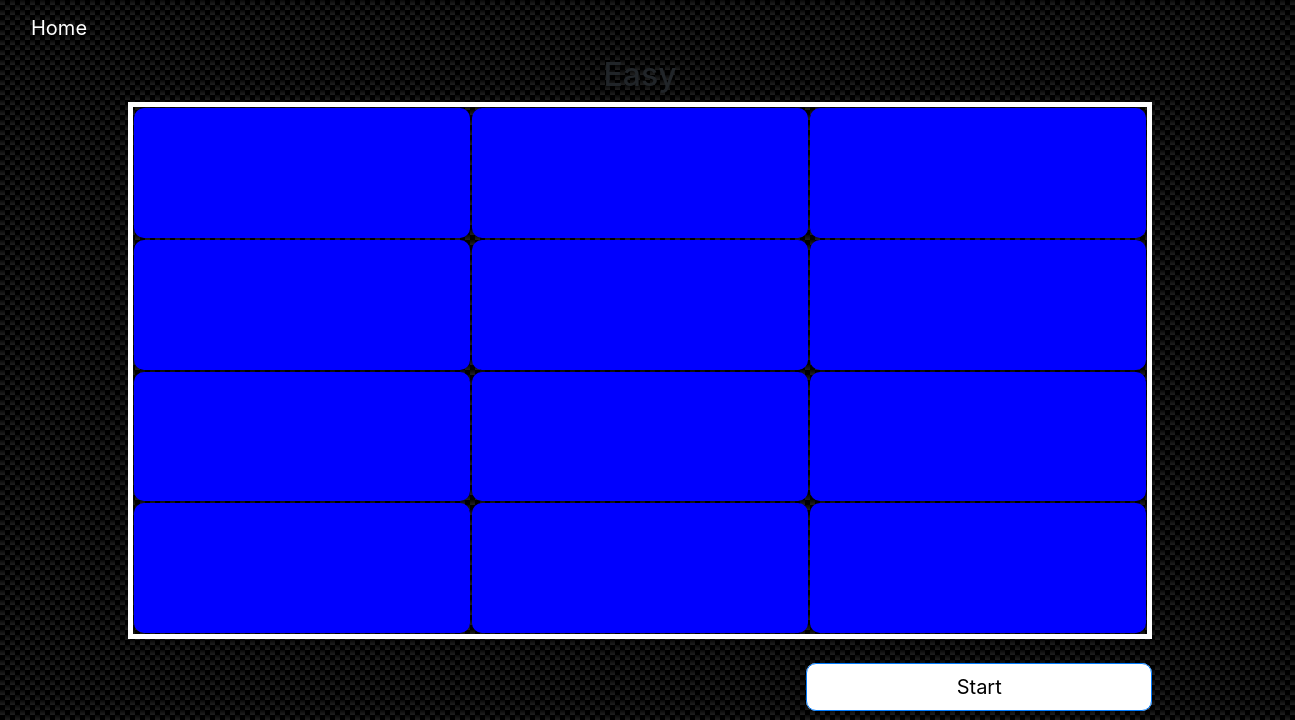
Repository: chrisrees85/memory-block
Page: easy.html
The author's editor kept a record of every edit. The page is drawn from the files as they stood at one moment, then again after the next edit.
The browser window is 1280 px wide. The page is 1295 px wide, so the pictures cover 1295 px, including what lies to the right of the window. The pictures show the whole page.

Above is the page before.

### easy.html
<!DOCTYPE html>
<html lang="en">

<head>
    <meta charset="UTF-8">
    <meta name="viewport" content="width=device-width, initial-scale=1.0">
    <meta http-equiv="X-UA-Compatible" content="ie=edge">
    <title>Memory Block</title>
    <link rel="stylesheet" href="https://stackpath.bootstrapcdn.com/bootstrap/4.3.1/css/bootstrap.min.css" integrity="sha384-ggOyR0iXCbMQv3Xipma34MD+dH/1fQ784/j6cY/iJTQUOhcWr7x9JvoRxT2MZw1T" crossorigin="anonymous">
    <link rel="stylesheet" href="assets/css/style.css" type="text/css" />
</head>

<body>
    <div class="container-fluid">
        <nav class="navbar navbar-dark bg-dark">
                        <a class="navbar-brand" href="index.html">Home</a>
        </nav>
    </div>
    <div class="row">
        <div class="col">
            <h2 class="center">Easy</h2>
        </div>
    </div>
    <div class="container board">
        <div class="row">
            <div class="col tiles blue"></div>
            <div class="col tiles blue"></div>
            <div class="col tiles blue"></div>
        </div>
        <div class="row">
            <div class="col tiles blue"></div>
            <div class="col tiles blue"></div>
            <div class="col tiles blue"></div>
        </div>
        <div class="row">
            <div class="col tiles blue"></div>
            <div class="col tiles blue"></div>
            <div class="col tiles blue"></div>
        </div>
        <div class="row">
            <div class="col tiles blue"></div>
            <div class="col tiles blue"></div>
            <div class="col tiles blue"></div>
        </div>
    </div>
    </br>
    <div class="row btn-right">

        <div id="btn"></div>

    </div>
    </div>

    <div class="modal fade" id="exampleModal" tabindex="-1" role="dialog" aria-labelledby="exampleModalLabel" aria-hidden="true">
        <div class="modal-dialog" role="document">
            <div class="modal-content">
                <div class="modal-header">
                    <h5 class="modal-title" id="modal-head"></h5>
                </div>
                <div class="modal-body" id='modal-text'>
                </div>
                <div class="modal-footer">
                    <div id="modal-btn1"></div>
                    <div id="modal-btn2"></div>
                </div>
            </div>
        </div>


        <script src="https://code.jquery.com/jquery-3.3.1.slim.min.js" integrity="sha384-q8i/X+965DzO0rT7abK41JStQIAqVgRVzpbzo5smXKp4YfRvH+8abtTE1Pi6jizo" crossorigin="anonymous"></script>
        <script src="https://cdnjs.cloudflare.com/ajax/libs/popper.js/1.14.7/umd/popper.min.js" integrity="sha384-UO2eT0CpHqdSJQ6hJty5KVphtPhzWj9WO1clHTMGa3JDZwrnQq4sF86dIHNDz0W1" crossorigin="anonymous"></script>
        <script src="https://stackpath.bootstrapcdn.com/bootstrap/4.3.1/js/bootstrap.min.js" integrity="sha384-JjSmVgyd0p3pXB1rRibZUAYoIIy6OrQ6VrjIEaFf/nJGzIxFDsf4x0xIM+B07jRM" crossorigin="anonymous"></script>
        <script type="text/javascript" src="assets/js/scripts.js"></script>
</body>

</html>

### assets/css/style.css
* {
  padding: 0;
  margin: 0;
  box-sizing: border-box;
}

body {
  background-color: rgb(32, 32, 32);
  background-image: linear-gradient(45deg, black 25%, transparent 25%, transparent 75%, black 75%, black), linear-gradient(45deg, black 25%, transparent 25%, transparent 75%, black 75%, black), linear-gradient(to bottom, rgb(8, 8, 8), rgb(32, 32, 32));
  background-size: 10px 10px, 10px 10px, 10px 5px;
  background-position: 0px 0px, 5px 5px, 0px 0px;
}

h1, p{
  color:white;
}

.navbar-dark{
  background-color: rgba(0,0,0,0)!important;
}

.center {
  text-align: center;
}

.btn-lg{
  width:60vw;
  margin:auto;
  border-radius: 10px;
}

.board {
  width: 80vw;
  height:calc(72vh + 18px);
  margin: auto;
  border:5px solid white;
}

.tiles {
  background-color: rgba(255,255,255,0.5);
  height: 18vh;
  border-radius: 10px;
  margin: 1px;
}

.btn-right {
  margin-right: 10vw;
  float: right;
}

#btn,
#play-btn {
  width: 27vw;
  border-radius: 10px;
  background-color: white;
  color:black;
}

.blue{
  background-color: blue;
  transform: rotateY(-0deg);
  transition: transform 0.5s;
}

.green {
  background-color: green;
  transform: rotateY(180deg);
  transition: transform 0.5s;
}

.modal-dialog {
  padding-top: 200px;
}

### assets/js/scripts.js
let blocks = Array.from(document.querySelectorAll('.block'));
let buttonDiv = document.getElementById('btn');
let blocksLength = blocks.length;
let score = 0;

// First function of the play button

function startButton() {
    buttonDiv.innerHTML = '<button type="button" class="btn btn-primary btn-lg" id="play-btn" onclick="onClick();">Start</button>';
}
startButton();

// Function performs when first button function is pressed

function onClick() {
    // Renders the button inactive so the user can't keep calling onClick function
    buttonDiv.innerHTML = '<button type="button" class="btn btn-primary btn-lg" id="play-btn">Start</button>';

    // Countdown timer shown in the button text
    // Once time is up the buttons function changes to check users attempt
    let timeleft = 5;
    let countdownTimer = setInterval(function() {
        buttonDiv.innerHTML = '<button type="button" class="btn btn-primary btn-lg" id="play-btn"></button>';
        document.getElementById('play-btn').textContent = timeleft;
        timeleft -= 1;
        if (timeleft < 0) {
            clearInterval(countdownTimer);
            buttonDiv.innerHTML = '<button type="button" class="btn btn-primary btn-lg" id="play-btn" onclick="checkAttempt();" data-toggle="modal" data-target="#exampleModal">Check</button>';
        }
    }, 1000);

    // Shuffles the blocks array into a random order
    let i = blocksLength,
        rand, temp;
    while (--i > 0) {
        rand = Math.floor(Math.random() * (i + 1));
        temp = blocks[rand];
        blocks[rand] = blocks[i];
        blocks[i] = temp;
    }

    // Selects half of the shuffled array and adds the color class
    let bottomHalfblocks = blocks.slice(blocksLength / 2, blocksLength);
    bottomHalfblocks.forEach(function(i) {
        i.classList.replace('blue', 'green');
    });

    // Replaces the color class with an unused class after 6 seconds
    function clearBoard() {
        bottomHalfblocks.map(function(i) {
            i.classList.replace('green', 'blue');
            i.classList.add('marker')
        });
    }
    setTimeout(clearBoard, 6000);
    console.log(blocks);

    // Activates the users ability to click and change the block color 6 seconds after the start button is pressed
    function allowUserClick() {
        blocks.forEach(function(i) {
            i.addEventListener('click', tileClicked);
        });

        function tileClicked() {
            this.classList.toggle('green');
            this.classList.toggle('blue');
        }
    }
    setTimeout(allowUserClick, 6000);
}

let modalBtn1 = document.getElementById('modal-btn1');
let modalBtn2 = document.getElementById('modal-btn2');
// Function checks the users answers on clicking the check button and displays a modal
function checkAttempt() {

    // Loops through the blocks array and increments 1 to the score if a condition is true
    function checkClasses() {
        blocks.forEach(function(it) {
            if ((it.classList.contains('marker')) && (it.classList.contains('green'))) {
                score++;
            }
            else if ((it.classList.contains('green')) && !(it.classList.contains('marker'))) {
                score = blocksLength;
            }
        });
    }
    checkClasses();

    // Modal either gives a yes or no answer as to whether the user has succeeded
    if (score == blocksLength / 2) {
        document.getElementById('modal-head').textContent = ('CONGRATULATIONS!');
        document.getElementById('modal-text').textContent = ('You did it! why not do it again');
        modalBtn1.innerHTML = '<button type="button" class="btn btn-primary" onclick="location.reload();">New Game</button>';
        modalBtn2.innerHTML = '';
    }
    else {
        document.getElementById('modal-head').textContent = ('SORRY NOT THIS TIME!');
        document.getElementById('modal-text').textContent = ('See why and try again');
        modalBtn1.innerHTML = '<button type="button" class="btn btn-primary" data-dismiss="modal" onclick="reveal();">Reveal</button>';
        modalBtn2.innerHTML = '<button type="button" class="btn btn-primary" data-dismiss="modal" onclick="retry();">Try Again</button>';
    }
    // resets the score to 0 to keep the users attempt accurate
    score = 0;
}

function retry() {
    blocks.forEach(function(it) {
        if (it.classList.contains('green')) {
            it.classList.replace('green', 'blue');
        }
    });
}

// Replaces green class with blue class
function reveal() {
    buttonDiv.innerHTML = '<button type="button" class="btn btn-primary btn-lg" id="play-btn" onclick="location.reload();">New Game</button>';
    blocks.forEach(function(it) {
        if ((it.classList.contains('green')) && !(it.classList.contains('marker'))) {
            it.classList.replace('green', 'blue');
        }
        else if (!(it.classList.contains('green')) && (it.classList.contains('marker'))) {
            it.classList.replace('blue', 'green');
        }
    });
}

After the next edit:
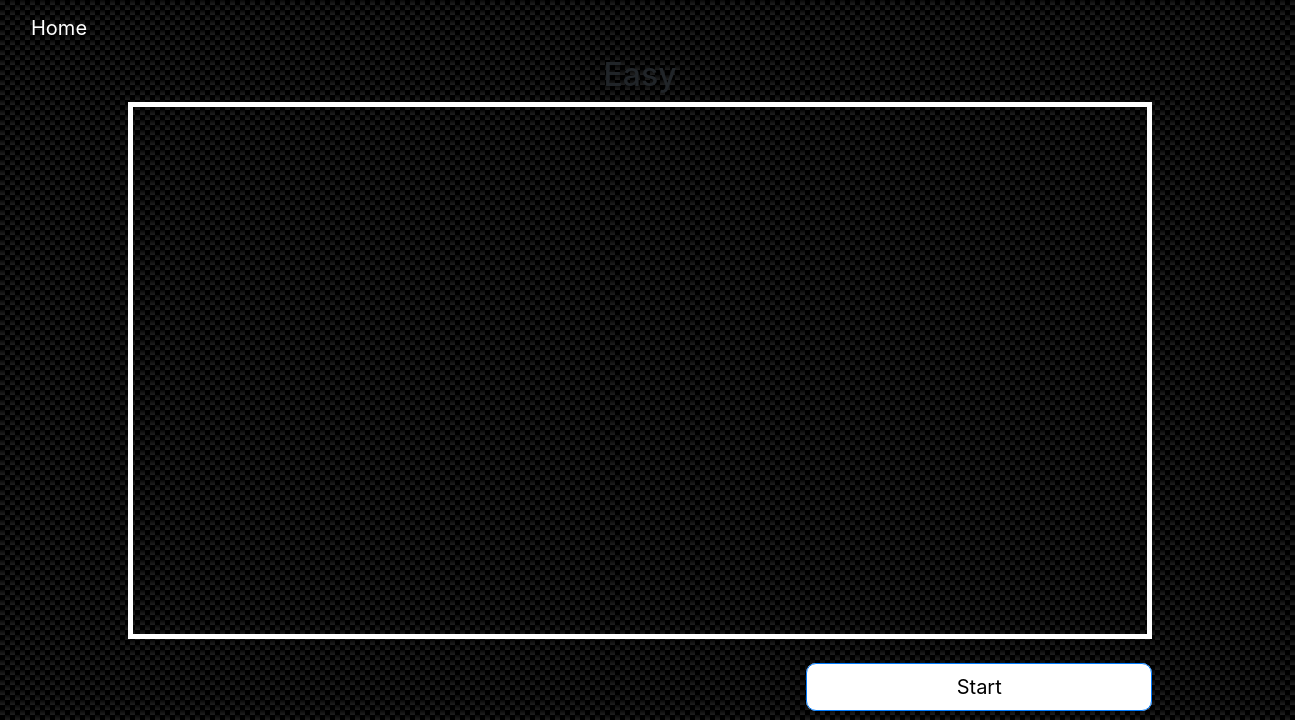
The edit:
--- a/easy.html
+++ b/easy.html
@@ -23,24 +23,24 @@
     </div>
     <div class="container board">
         <div class="row">
-            <div class="col tiles blue"></div>
-            <div class="col tiles blue"></div>
-            <div class="col tiles blue"></div>
+            <div class="col block blue"></div>
+            <div class="col block blue"></div>
+            <div class="col block blue"></div>
         </div>
         <div class="row">
-            <div class="col tiles blue"></div>
-            <div class="col tiles blue"></div>
-            <div class="col tiles blue"></div>
+            <div class="col block blue"></div>
+            <div class="col block blue"></div>
+            <div class="col block blue"></div>
         </div>
         <div class="row">
-            <div class="col tiles blue"></div>
-            <div class="col tiles blue"></div>
-            <div class="col tiles blue"></div>
+            <div class="col block blue"></div>
+            <div class="col block blue"></div>
+            <div class="col block blue"></div>
         </div>
         <div class="row">
-            <div class="col tiles blue"></div>
-            <div class="col tiles blue"></div>
-            <div class="col tiles blue"></div>
+            <div class="col block blue"></div>
+            <div class="col block blue"></div>
+            <div class="col block blue"></div>
         </div>
     </div>
     </br>
